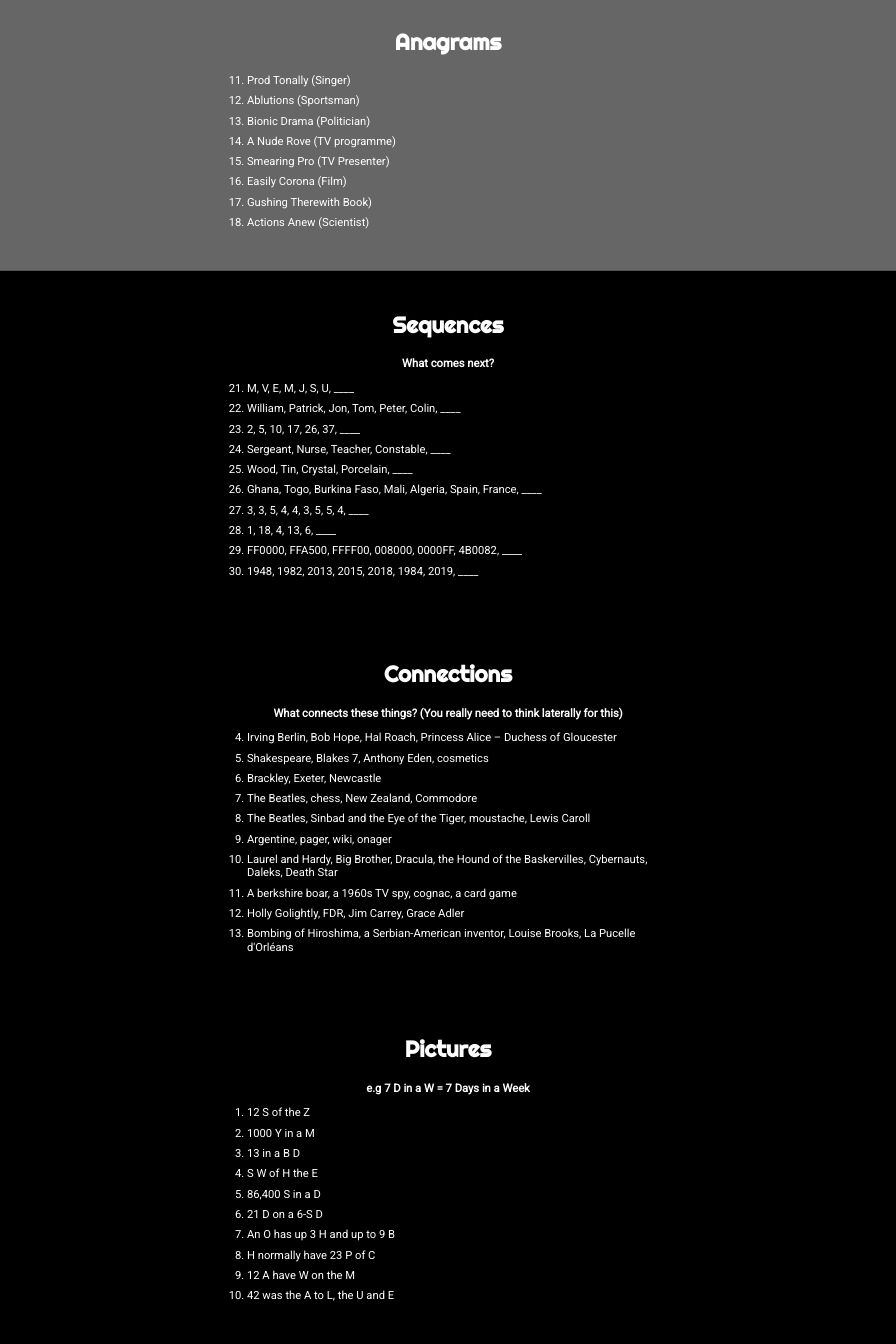
Repository: Domehead123/quiz
Page: index.html
The author's editor kept a record of every edit. The page is drawn from the files as they stood at one moment, then again after the next edit.
The browser window is 1280 px wide. The pictures show the part of the page from y = 847 to 2767 px (the page is 2767 px tall), at 70% of full size.

Above is the page before.

After the next edit:
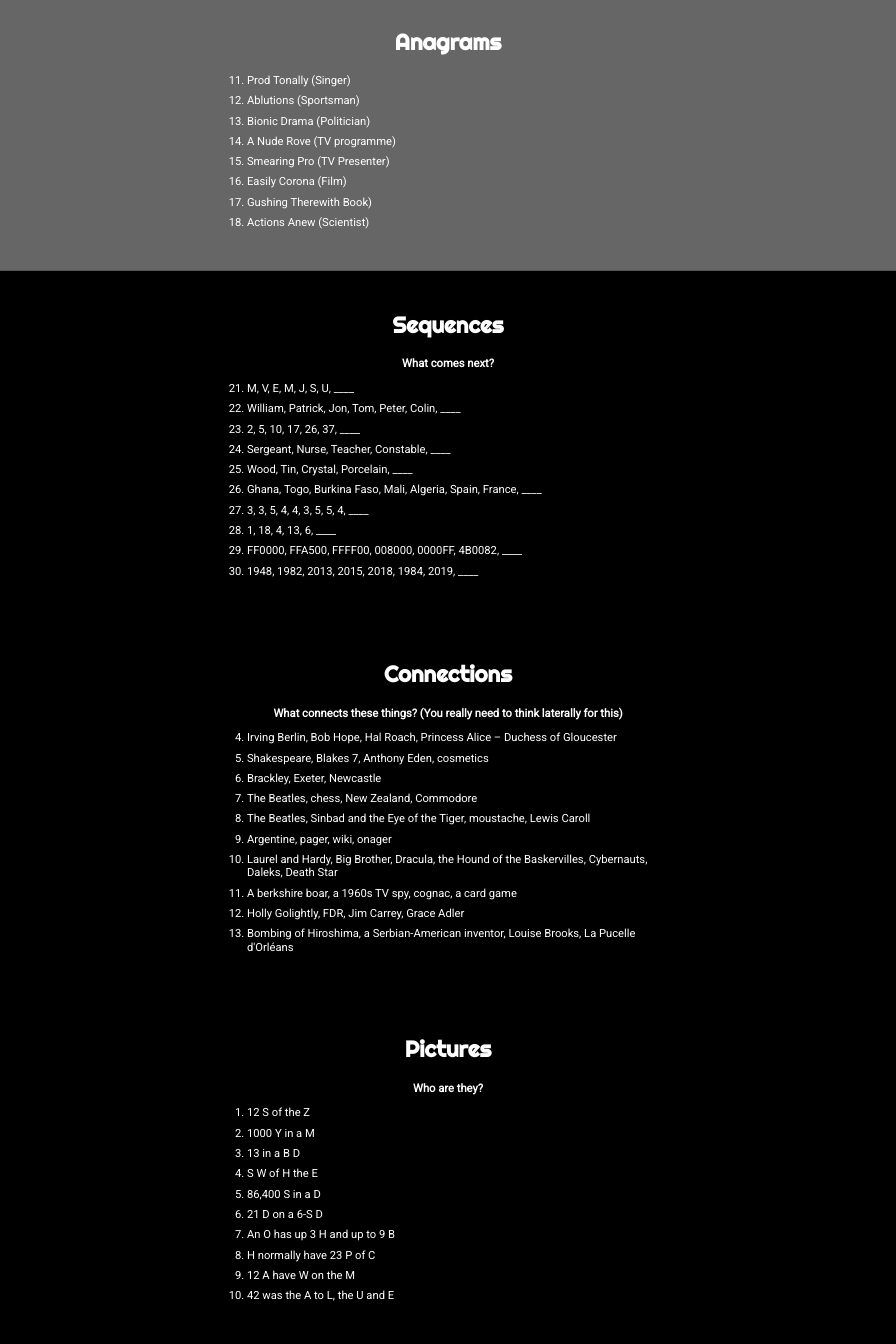
The edit:
--- a/index.html
+++ b/index.html
@@ -105,7 +105,7 @@
         <h2>Pictures</h2>
 
 
-        <p>e.g 7 D in a W = 7 Days in a Week</p>
+        <p>Who are they?</p>
         <ol>
         <li>12 S of the Z</li>
 <li>1000 Y in a M</li>
